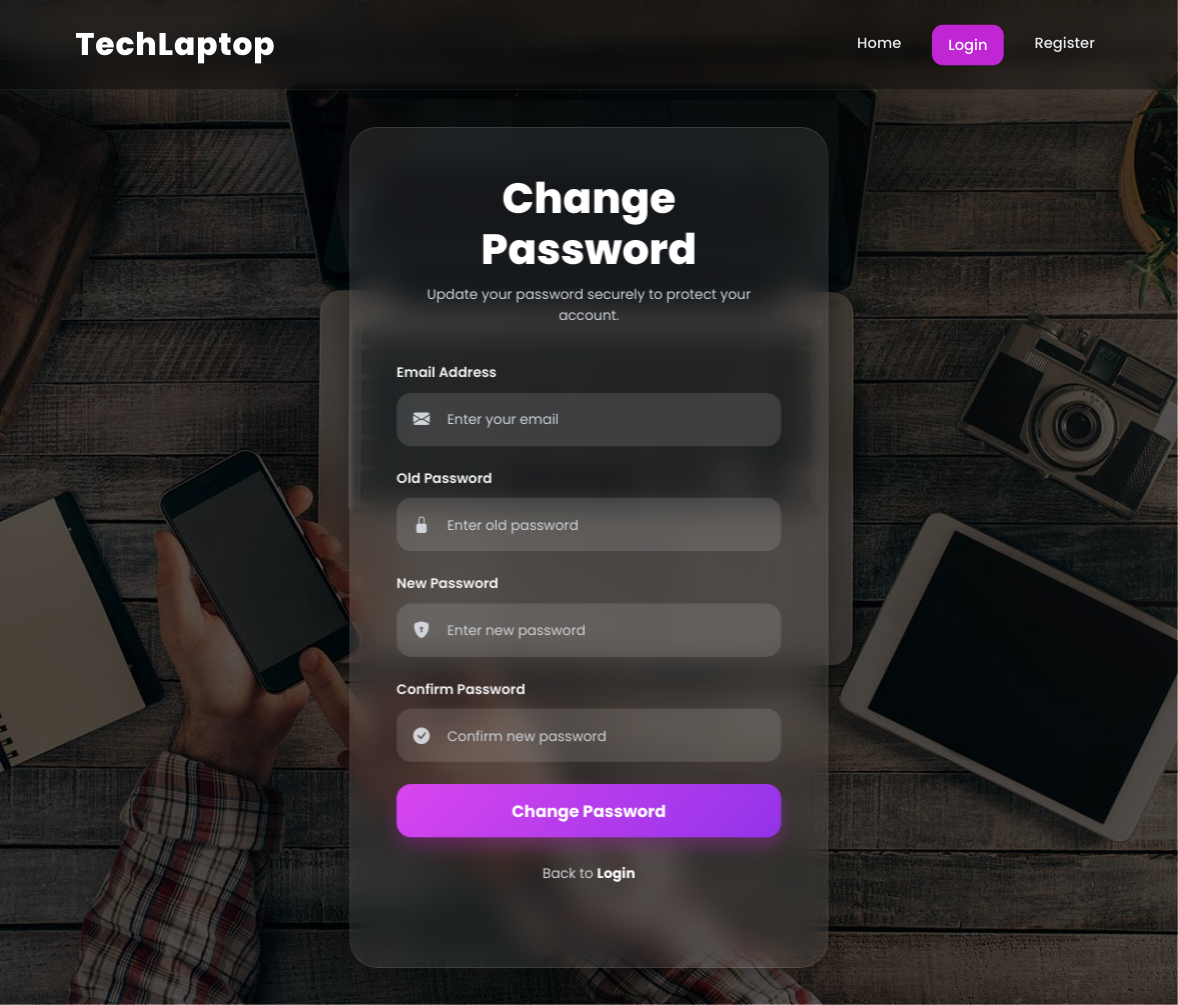
Repository: shiwamshete24-cmyk/eccomerce-laptop-website
Page: http://localhost/eccomerce_laptop_website/forget_password.jsp
The author's editor kept a copy of each file at every save. The page is drawn from the files as they stood at one save, then again after the next save.
The browser window is 1280 px wide. The pictures show the whole page, at 92% of full size.
The page is served by Tomcat 10. Other server files are loaded and not shown.

Above is the page before, as saved 2026-05-27 00:26:22.

### eccomerce laptop website/src/main/webapp/forget_password.jsp
<%@ page language="java" contentType="text/html; charset=UTF-8"
pageEncoding="UTF-8"%>

<!DOCTYPE html>
<html lang="en">

<head>

<meta charset="UTF-8">

<meta
name="viewport"
content="width=device-width, initial-scale=1.0">

<title>

	Change Password - TechLaptop

</title>

<!-- BOOTSTRAP -->

<link
href="https://cdn.jsdelivr.net/npm/bootstrap@5.3.2/dist/css/bootstrap.min.css"
rel="stylesheet">

<!-- ICONS -->

<link
rel="stylesheet"
href="https://cdn.jsdelivr.net/npm/bootstrap-icons@1.11.3/font/bootstrap-icons.css">

<!-- GOOGLE FONT -->

<link
href="https://fonts.googleapis.com/css2?family=Poppins:wght@300;400;500;600;700;800&display=swap"
rel="stylesheet">

<style>

*{
	margin:0;
	padding:0;
	box-sizing:border-box;
	font-family:'Poppins',sans-serif;
}

body{

	min-height:100vh;

	background:
	linear-gradient(
	rgba(0,0,0,0.65),
	rgba(0,0,0,0.65)
	),

	url("img/myimg3.jpg");

	background-size:cover;

	background-position:center;

	background-repeat:no-repeat;

	overflow-x:hidden;

}

/* =========================
   NAVBAR
========================= */

.navbar{

	padding:18px 70px;

	background:rgba(0,0,0,0.35);

	backdrop-filter:blur(10px);

	border-bottom:
	1px solid rgba(255,255,255,0.08);

}

.navbar-brand{

	font-size:34px;

	font-weight:800;

	color:white !important;

	letter-spacing:1px;

}

.navbar-nav .nav-link{

	color:#e5e7eb !important;

	font-size:16px;

	font-weight:500;

	margin-left:25px;

	transition:0.3s;

	position:relative;

}

.navbar-nav .nav-link:hover{

	color:#c026d3 !important;

}

.navbar-nav .active{

	background:#c026d3;

	padding:10px 18px !important;

	border-radius:12px;

	color:white !important;

}

/* =========================
   MAIN CONTAINER
========================= */

.password-wrapper{

	min-height:90vh;

	display:flex;

	align-items:center;

	justify-content:center;

	padding:40px;

}

/* =========================
   PASSWORD BOX
========================= */

.password-box{

	width:100%;

	max-width:520px;

	background:
	rgba(255,255,255,0.08);

	backdrop-filter:blur(16px);

	border:
	1px solid rgba(255,255,255,0.12);

	border-radius:30px;

	padding:50px;

	box-shadow:
	0 10px 40px rgba(0,0,0,0.35);

	color:white;

	animation:fadeIn 0.8s ease;

}

/* =========================
   ANIMATION
========================= */

@keyframes fadeIn{

	from{

		opacity:0;

		transform:translateY(30px);

	}

	to{

		opacity:1;

		transform:translateY(0);

	}

}

/* =========================
   TEXT
========================= */

.password-box h1{

	font-size:46px;

	font-weight:800;

	margin-bottom:10px;

	text-align:center;

}

.password-box p{

	text-align:center;

	color:#d1d5db;

	margin-bottom:40px;

	font-size:15px;

}

/* =========================
   FORM
========================= */

.form-group{

	margin-bottom:24px;

}

.form-group label{

	display:block;

	margin-bottom:10px;

	font-size:15px;

	font-weight:600;

	color:#f3f4f6;

}

.input-box{

	position:relative;

}

.input-box i{

	position:absolute;

	left:18px;

	top:50%;

	transform:translateY(-50%);

	color:#d1d5db;

	font-size:18px;

}

.input-box input{

	width:100%;

	height:58px;

	background:
	rgba(255,255,255,0.12);

	border:none;

	outline:none;

	border-radius:16px;

	padding-left:55px;

	padding-right:15px;

	color:white;

	font-size:15px;

	transition:0.3s;

}

.input-box input::placeholder{

	color:#d1d5db;

}

.input-box input:focus{

	background:
	rgba(255,255,255,0.18);

	border:
	1px solid #c026d3;

}

/* =========================
   BUTTON
========================= */

.change-btn{

	width:100%;

	height:58px;

	border:none;

	border-radius:16px;

	background:
	linear-gradient(
	135deg,
	#d946ef,
	#9333ea
	);

	color:white;

	font-size:18px;

	font-weight:700;

	transition:0.4s;

	box-shadow:
	0 10px 20px rgba(192,38,211,0.3);

}

.change-btn:hover{

	transform:translateY(-4px);

	box-shadow:
	0 15px 30px rgba(192,38,211,0.45);

}

/* =========================
   BACK LINK
========================= */

.back-text{

	text-align:center;

	margin-top:28px;

	color:#e5e7eb;

	font-size:15px;

}

.back-text a{

	color:white;

	font-weight:700;

	text-decoration:none;

	transition:0.3s;

}

.back-text a:hover{

	color:#d946ef;

}

/* =========================
   MOBILE
========================= */

@media(max-width:768px){

	.navbar{

		padding:15px 25px;

	}

	.password-box{

		padding:35px 25px;

	}

	.password-box h1{

		font-size:38px;

	}

}

</style>

</head>

<body>

<!-- NAVBAR -->

<nav class="navbar navbar-expand-lg navbar-dark">

	<div class="container-fluid">

		<a
		class="navbar-brand"
		href="index.html">

			TechLaptop

		</a>

		<button
		class="navbar-toggler"
		type="button"
		data-bs-toggle="collapse"
		data-bs-target="#menu">

			<span class="navbar-toggler-icon"></span>

		</button>

		<div
		class="collapse navbar-collapse"
		id="menu">

			<ul class="navbar-nav ms-auto">

				<li class="nav-item">

					<a
					class="nav-link"
					href="index.html">

						Home

					</a>

				</li>

				<li class="nav-item">

					<a
					class="nav-link active"
					href="login.html">

						Login

					</a>

				</li>

				<li class="nav-item">

					<a
					class="nav-link"
					href="register.html">

						Register

					</a>

				</li>

			</ul>

		</div>

	</div>

</nav>

<!-- CHANGE PASSWORD -->

<section class="password-wrapper">

	<div class="password-box">

		<h1>

			Change Password

		</h1>

		<p>

			Update your password securely to protect your account.

		</p>

		<form
		method="post"
		action="ChangePassword">

			<!-- EMAIL -->

			<div class="form-group">

				<label>

					Email Address

				</label>

				<div class="input-box">

					<i class="bi bi-envelope-fill"></i>

					<input
					type="email"
					name="email"
					placeholder="Enter your email"
					required>

				</div>

			</div>

			<!-- OLD PASSWORD -->

			<div class="form-group">

				<label>

					Old Password

				</label>

				<div class="input-box">

					<i class="bi bi-lock-fill"></i>

					<input
					type="password"
					name="old_password"
					placeholder="Enter old password"
					required>

				</div>

			</div>

			<!-- NEW PASSWORD -->

			<div class="form-group">

				<label>

					New Password

				</label>

				<div class="input-box">

					<i class="bi bi-shield-lock-fill"></i>

					<input
					type="password"
					name="new_password"
					placeholder="Enter new password"
					required>

				</div>

			</div>

			<!-- CONFIRM PASSWORD -->

			<div class="form-group">

				<label>

					Confirm Password

				</label>

				<div class="input-box">

					<i class="bi bi-check-circle-fill"></i>

					<input
					type="password"
					name="confirm_password"
					placeholder="Confirm new password"
					required>

				</div>

			</div>

			<!-- BUTTON -->

			<button
			type="submit"
			class="change-btn">

				Change Password

			</button>

			<!-- BACK -->

			<p class="back-text">

				Back to

				<a href="login.html">

					Login

				</a>

			</p>

		</form>

	</div>

</section>

<script
src="https://cdn.jsdelivr.net/npm/bootstrap@5.3.2/dist/js/bootstrap.bundle.min.js">
</script>

</body>

</html>

After the next save:
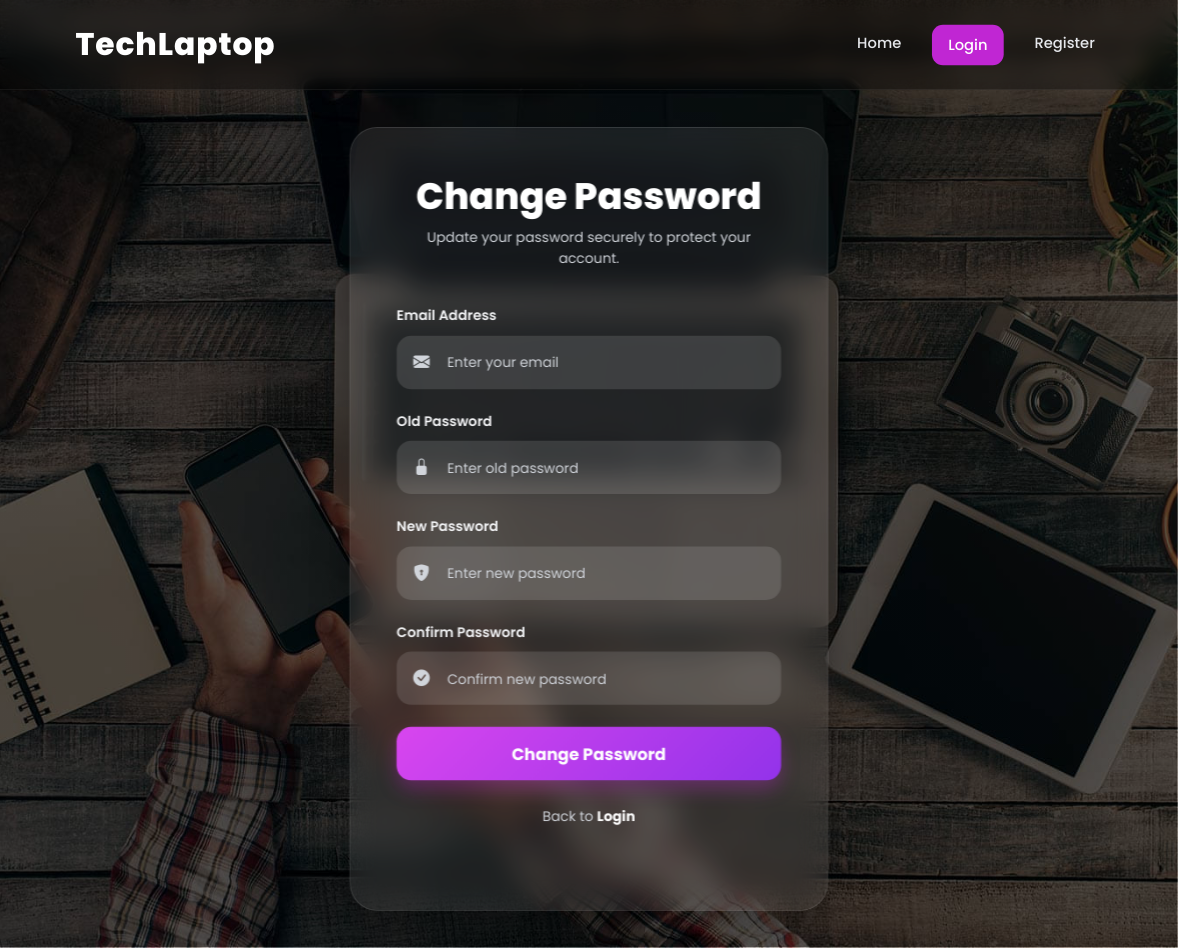
Saved 110 s later.
--- a/eccomerce laptop website/src/main/webapp/forget_password.jsp
+++ b/eccomerce laptop website/src/main/webapp/forget_password.jsp
@@ -209,7 +209,7 @@ body{
 
 .password-box h1{
 
-	font-size:46px;
+	font-size:40px;
 
 	font-weight:800;
 
